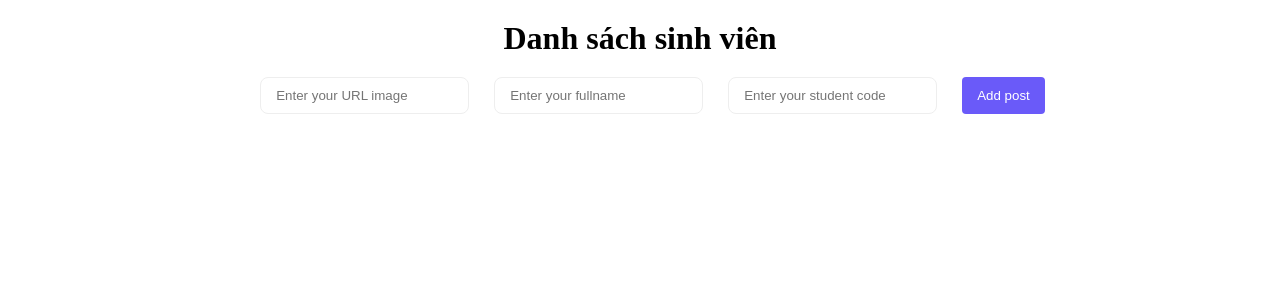
Repository: doquang195/demo-api
Page: indext.html
An editor plug-in stored every save of this project. The page is shown before and after the next save, followed by the edit.
The browser window is 1280 px wide. The pictures show the whole page.

Above is the page before, as saved 2023-10-04 21:47:51.

After the next save:
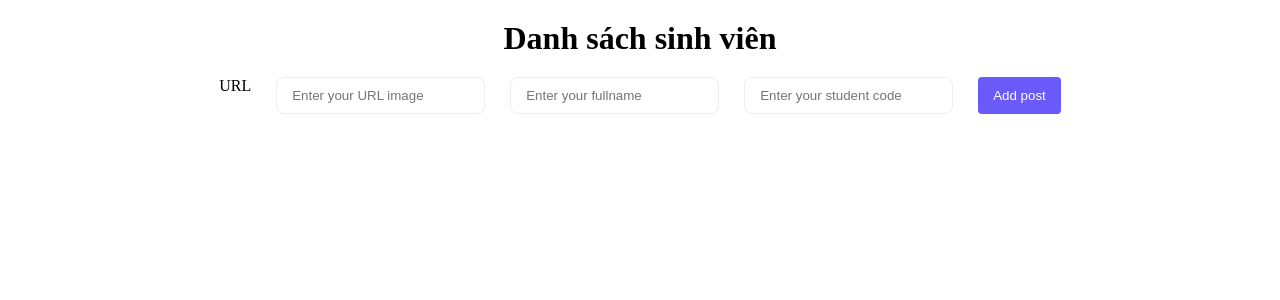
Saved 5 s later.
--- a/indext.html
+++ b/indext.html
@@ -13,7 +13,7 @@
             <div id="list-courses"></div>
         </div>
         <form action="" class="form-post" method="post">
-            <label></label>
+            <label>URL</label>
             <input
                 type="text"
                 name="image"
